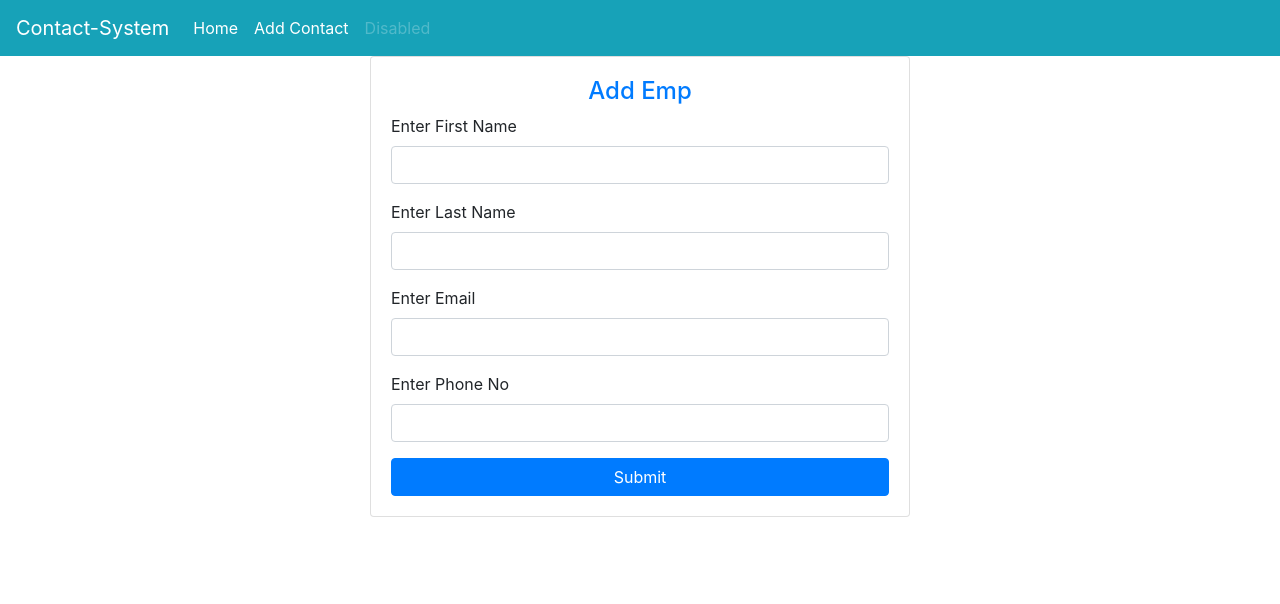
Repository: vivek9099/ContactManage
Page: http://localhost/addemp
The author's editor kept a copy of each file at every save. The page is drawn from the files as they stood at one save, then again after the next save.
The browser window is 1280 px wide. The pictures show the whole page.
Some web libraries are served in a nearby version. The page is this project's Thymeleaf template; nobody is signed in. The template is opened directly, without the code that normally fills it, so the values that code supplies are empty.

Above is the page before, as saved 2023-03-28 11:01:16.

### Contact-System/src/main/resources/templates/addemp.html
<!doctype html>
<html lang="en" xmlns:th="http://www.thymeLeaf.com">
  <head>
    <!-- Required meta tags -->
    <meta charset="utf-8">
    <meta name="viewport" content="width=device-width, initial-scale=1, shrink-to-fit=no">

    <!-- Bootstrap CSS -->
    <link rel="stylesheet" href="https://cdn.jsdelivr.net/npm/bootstrap@4.0.0/dist/css/bootstrap.min.css" integrity="sha384-Gn5384xqQ1aoWXA+058RXPxPg6fy4IWvTNh0E263XmFcJlSAwiGgFAW/dAiS6JXm" crossorigin="anonymous">

    <title>HomePage</title>
  </head>
  <body>
  <!-- navbar -->
  <nav class="navbar navbar-expand-lg navbar-dark bg-info">
  <a class="navbar-brand" href="#">Contact-System</a>
  <button class="navbar-toggler" type="button" data-toggle="collapse" data-target="#navbarSupportedContent" aria-controls="navbarSupportedContent" aria-expanded="false" aria-label="Toggle navigation">
    <span class="navbar-toggler-icon"></span>
  </button>

  <div class="collapse navbar-collapse" id="navbarSupportedContent">
    <ul class="navbar-nav mr-auto">
      <li class="nav-item active">
        <a class="nav-link" href="#">Home <span class="sr-only">(current)</span></a>
      </li>
      <li class="nav-item active">
        <a class="nav-link" href="#">Add Contact</a>
      </li>

      <li class="nav-item">
        <a class="nav-link disabled" href="#">Disabled</a>
      </li>
    </ul>

  </div>
</nav>
<!--form-->
<div class="container">
		<div class="row">
			<div class="col-md-6 offset-md-3">
				<div class="card">
					<div class="card-body">
						<h4 class="text-center text-primary">Add Emp</h4>

						<form th:action="@{/register}" method="post">

							<div class="form-group">
								<label>Enter First Name</label> <input type="text"
									class="form-control" name="fname">
							</div>

							<div class="form-group">
								<label>Enter Last Name</label> <input type="text"
									class="form-control" name="lname">
							</div>

							<div class="form-group">
								<label>Enter Email</label> <input type="email"
									class="form-control" name="email">
							</div>


							<div class="form-group">
								<label>Enter Phone No</label> <input type="number"
									class="form-control" name="phno">
							</div>




							<button class="btn btn-primary btn-block">Submit</button>
						</form>
					</div>
				</div>
			</div>
		</div>
	</div>


  </body>
</table>
</div>

    <!-- Optional JavaScript -->
    <!-- jQuery first, then Popper.js, then Bootstrap JS -->
    <script src="https://code.jquery.com/jquery-3.2.1.slim.min.js" integrity="sha384-KJ3o2DKtIkvYIK3UENzmM7KCkRr/rE9/Qpg6aAZGJwFDMVNA/GpGFF93hXpG5KkN" crossorigin="anonymous"></script>
    <script src="https://cdn.jsdelivr.net/npm/popper.js@1.12.9/dist/umd/popper.min.js" integrity="sha384-ApNbgh9B+Y1QKtv3Rn7W3mgPxhU9K/ScQsAP7hUibX39j7fakFPskvXusvfa0b4Q" crossorigin="anonymous"></script>
    <script src="https://cdn.jsdelivr.net/npm/bootstrap@4.0.0/dist/js/bootstrap.min.js" integrity="sha384-JZR6Spejh4U02d8jOt6vLEHfe/JQGiRRSQQxSfFWpi1MquVdAyjUar5+76PVCmYl" crossorigin="anonymous"></script>
  </body>
</html>

After the next save:
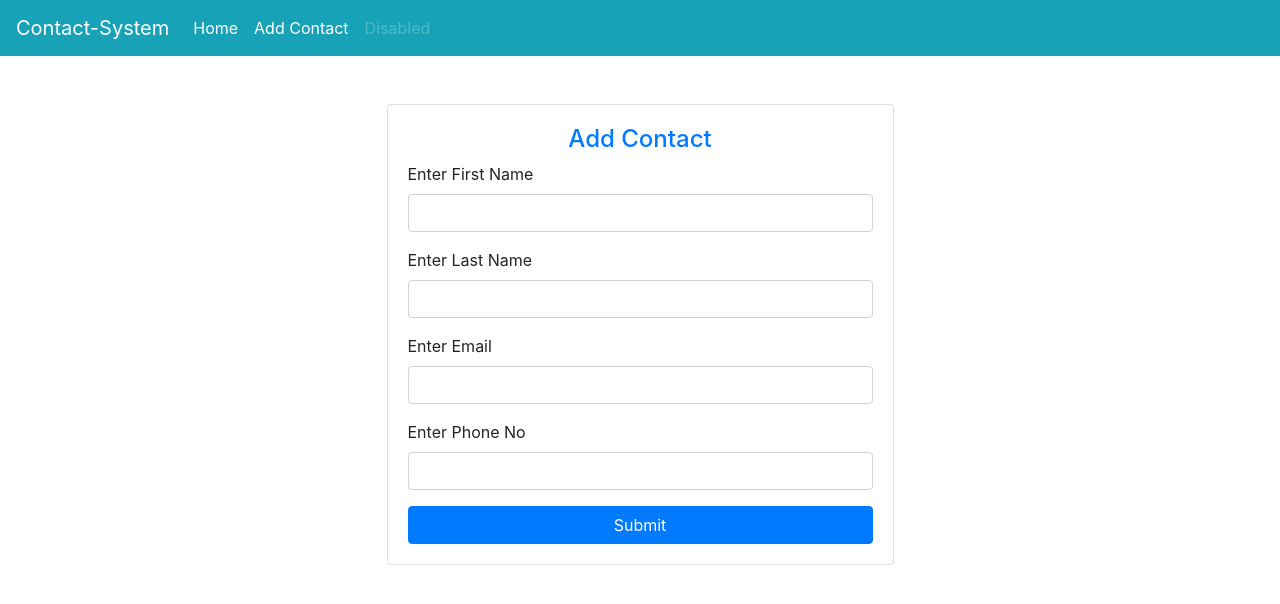
Saved 33 s later.
--- a/Contact-System/src/main/resources/templates/addemp.html
+++ b/Contact-System/src/main/resources/templates/addemp.html
@@ -35,12 +35,12 @@
   </div>
 </nav>
 <!--form-->
-<div class="container">
+<div class="container p-5">
 		<div class="row">
 			<div class="col-md-6 offset-md-3">
 				<div class="card">
 					<div class="card-body">
-						<h4 class="text-center text-primary">Add Emp</h4>
+						<h4 class="text-center text-primary">Add Contact</h4>
 
 						<form th:action="@{/register}" method="post">
 

After the save that followed:
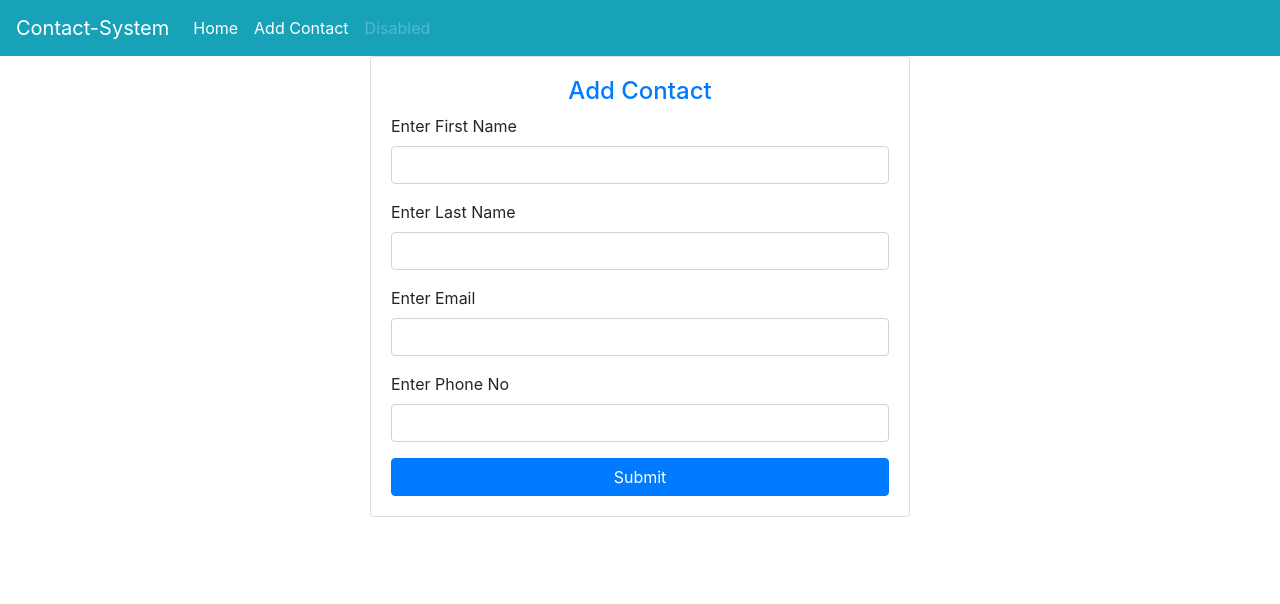
Saved 14 s later.
--- a/Contact-System/src/main/resources/templates/addemp.html
+++ b/Contact-System/src/main/resources/templates/addemp.html
@@ -35,7 +35,7 @@
   </div>
 </nav>
 <!--form-->
-<div class="container p-5">
+<div class="container p-8">
 		<div class="row">
 			<div class="col-md-6 offset-md-3">
 				<div class="card">
